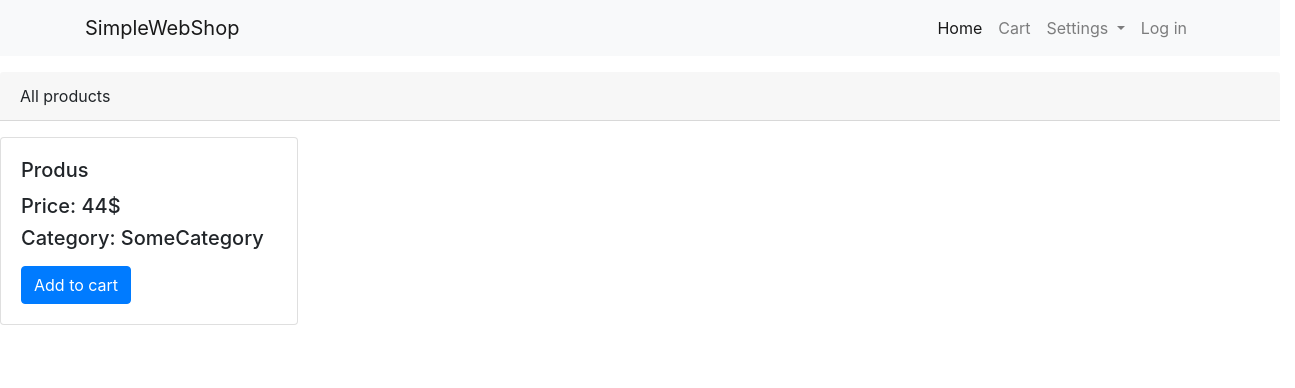
Repository: ClaudiuStoian1229/SimpleWebShop
Page: http://localhost/Simple_shop/
The author's editor kept a copy of each file at every save. The page is drawn from the files as they stood at one save, then again after the next save.
The browser window is 1280 px wide. The page is 1295 px wide, so the pictures cover 1295 px, including what lies to the right of the window. The pictures show the whole page.
Some web libraries are served in a nearby version. The page is served by Tomcat 9. Other server files are loaded and not shown.

Above is the page before, as saved 2022-03-04 03:06:45.

### Simple_shop/src/main/webapp/index.jsp
<%@ page language="java" contentType="text/html; charset=ISO-8859-1"
    pageEncoding="ISO-8859-1"%>
<%@ page import="sws.model.*" %>




<!DOCTYPE html>
<html>
<head>
<meta charset="ISO-8859-1">
<title>Welcome to simple web shop!</title>
<link rel="stylesheet" href="https://cdn.jsdelivr.net/npm/bootstrap@4.0.0/dist/css/bootstrap.min.css">
</head>
<body>
<nav class="navbar navbar-expand-lg navbar-light bg-light">
<div class="container">
  <a class="navbar-brand" href="#">SimpleWebShop</a>
  <button class="navbar-toggler" type="button" data-toggle="collapse" data-target="#navbarSupportedContent" aria-controls="navbarSupportedContent" aria-expanded="false" aria-label="Toggle navigation">
    <span class="navbar-toggler-icon"></span>
  </button>

  <div class="collapse navbar-collapse" id="navbarSupportedContent">
    <ul class="navbar-nav ml-auto">
      <li class="nav-item active">
        <a class="nav-link" href="index.jsp">Home </a>
      </li>
      <li class="nav-item">
        <a class="nav-link" href="#">Cart</a>
      </li>
      <li class="nav-item dropdown">
        <a class="nav-link dropdown-toggle" href="#" id="navbarDropdown" role="button" data-toggle="dropdown" aria-haspopup="true" aria-expanded="false">
          Settings
        </a>
        <div class="dropdown-menu" aria-labelledby="navbarDropdown">
          <a class="dropdown-item" href="#">Action</a>
          <a class="dropdown-item" href="#">Another action</a>
          <div class="dropdown-divider"></div>
          <a class="dropdown-item" href="#">Something else here</a>
        </div>
      </li>
      <li class="nav-item">
        <a class="nav-link " href="#">Log in</a>
      </li>
    </ul>

  </div>
  </div>
</nav>

<div class="continer">
<div class="card-header my-3">All products</div>
<div class="row">
<div class="col-md-3">
<div class="card w-100" style="width: 18rem;">
  <div class="card-body">
    <h5 class="card-title">Produs</h5>
    <h5 class="price">Price: 44$</h5>
    <h5 class="category">Category: SomeCategory</h5>
    <div class="mt-3 d-flex justify-content-between">
    <a href="#" class="btn btn-primary">Add to cart</a>
    </div>

  </div>
</div>
</div>
</div>
</div>


<script src="https://code.jquery.com/jquery-3.2.1.slim.min.js"></script>
<script src="https://cdn.jsdelivr.net/npm/popper.js@1.12.9/dist/umd/popper.min.js"></script>
<script src="https://cdn.jsdelivr.net/npm/bootstrap@4.0.0/dist/js/bootstrap.min.js"></script>


</body>
</html>

### Simple_shop/src/main/java/sws/dao/ProdusDao.java
package sws.dao;
import sws.model.*;

import java.io.EOFException;
import java.io.FileInputStream;
import java.io.FileOutputStream;
import java.io.IOException;
import java.io.ObjectInputStream;
import java.io.ObjectOutputStream;
import java.io.Serializable;
import java.net.SocketTimeoutException;
import java.util.ArrayList;
import java.util.List;
import java.io.FileOutputStream;
import java.io.IOException;
import java.io.ObjectInputStream;
import java.io.ObjectOutputStream;
import java.io.Serializable;


public class ProdusDao {

	public List<produs> getProduse() throws ClassNotFoundException, IOException{
		List<produs> produse = new ArrayList<produs>();
		FileInputStream fis = new FileInputStream("produse.txt");
		ObjectInputStream in = new ObjectInputStream(fis);

		while(true){
		    try{
		        produse.add((produs) in.readObject());
		    }
		    catch (EOFException e)
		    {
		    	in.close();
		    	return produse;
		    }
		    }
		    }


}

After the next save:
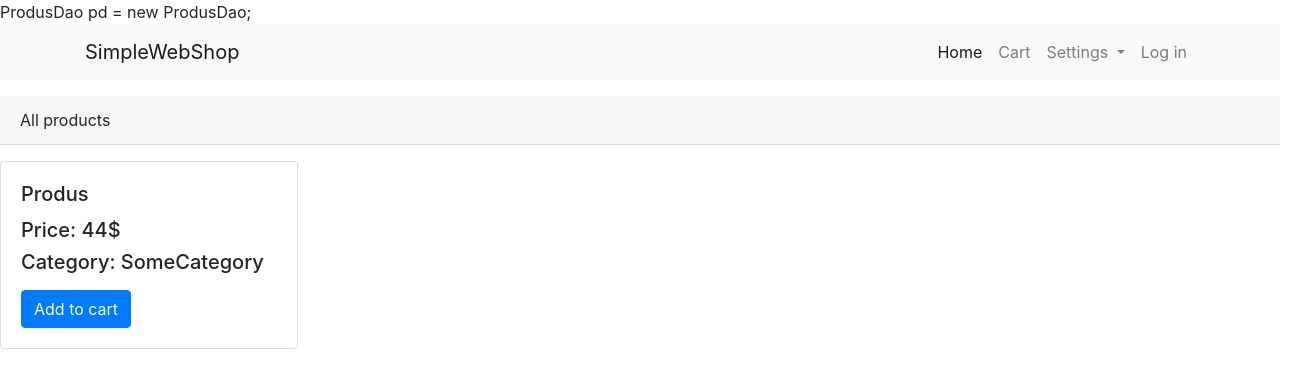
Saved 66 s later.
--- a/Simple_shop/src/main/webapp/index.jsp
+++ b/Simple_shop/src/main/webapp/index.jsp
@@ -1,8 +1,11 @@
 <%@ page language="java" contentType="text/html; charset=ISO-8859-1"
     pageEncoding="ISO-8859-1"%>
 <%@ page import="sws.model.*" %>
+<%@ page import="sws.dao.*" %>
 
 
+
+ProdusDao pd = new ProdusDao;
 
 
 <!DOCTYPE html>

After the 3 saves that followed:
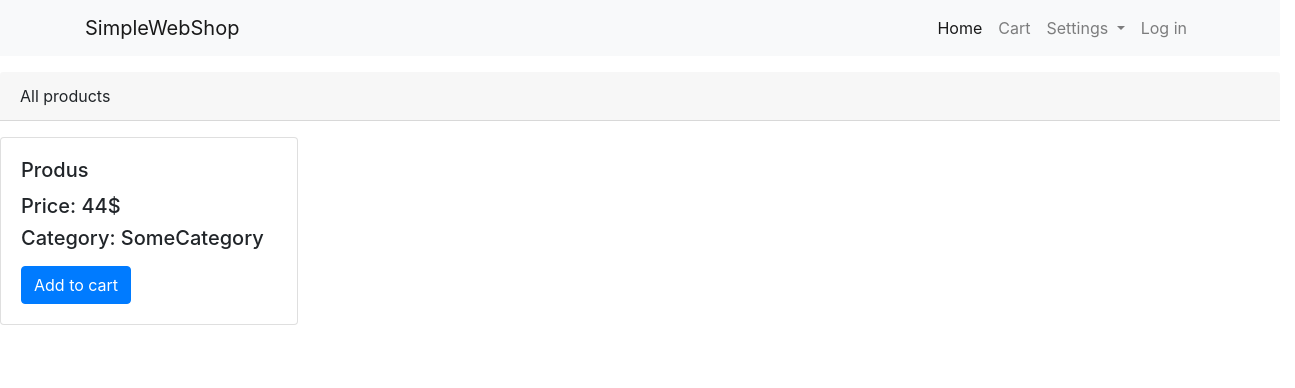
The 3 saves are shown as one change because 1 did not build or start and 1 left the picture as it was.
The last was saved 66 s later.
--- a/Simple_shop/src/main/webapp/index.jsp
+++ b/Simple_shop/src/main/webapp/index.jsp
@@ -1,13 +1,13 @@
 <%@ page language="java" contentType="text/html; charset=ISO-8859-1"
     pageEncoding="ISO-8859-1"%>
 <%@ page import="sws.model.*" %>
-<%@ page import="sws.dao.*" %>
+<%@ page import="sws.dao.ProdusDao" %>
 
+<%
 
+ProdusDao pd = new ProdusDao();
 
-ProdusDao pd = new ProdusDao;
-
-
+%>
 <!DOCTYPE html>
 <html>
 <head>
